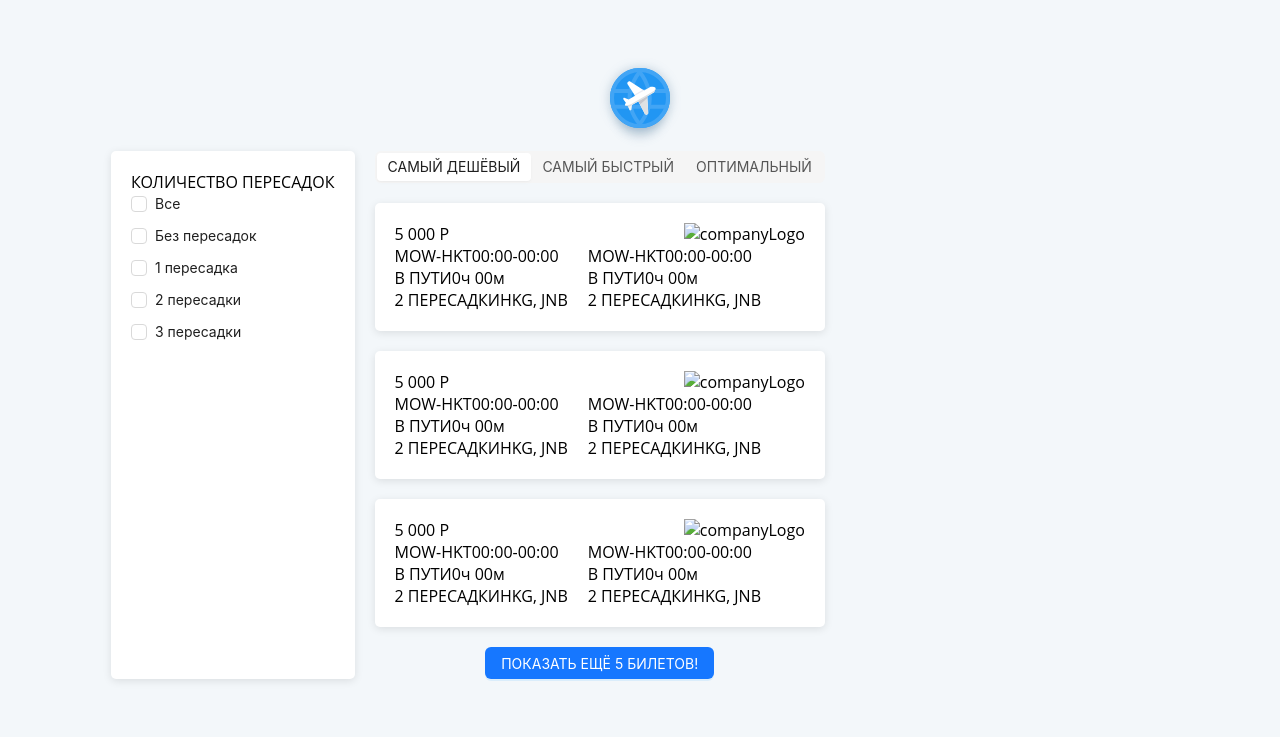
Repository: Dedoxa/aviasalesTickets
Page: /
These files come from the project's save history. The page is drawn as it stood at one moment and after the next save; the edit follows.
The browser window is 1280 px wide. The pictures show the whole page.
The project was rebuilt for these pictures with package versions that can differ from the ones it lists, and the page was loaded fresh each time. Also part of the build but not shown: vite.config.js.

Above is the page before, as saved 2024-10-19 16:59:43.

After the next save:
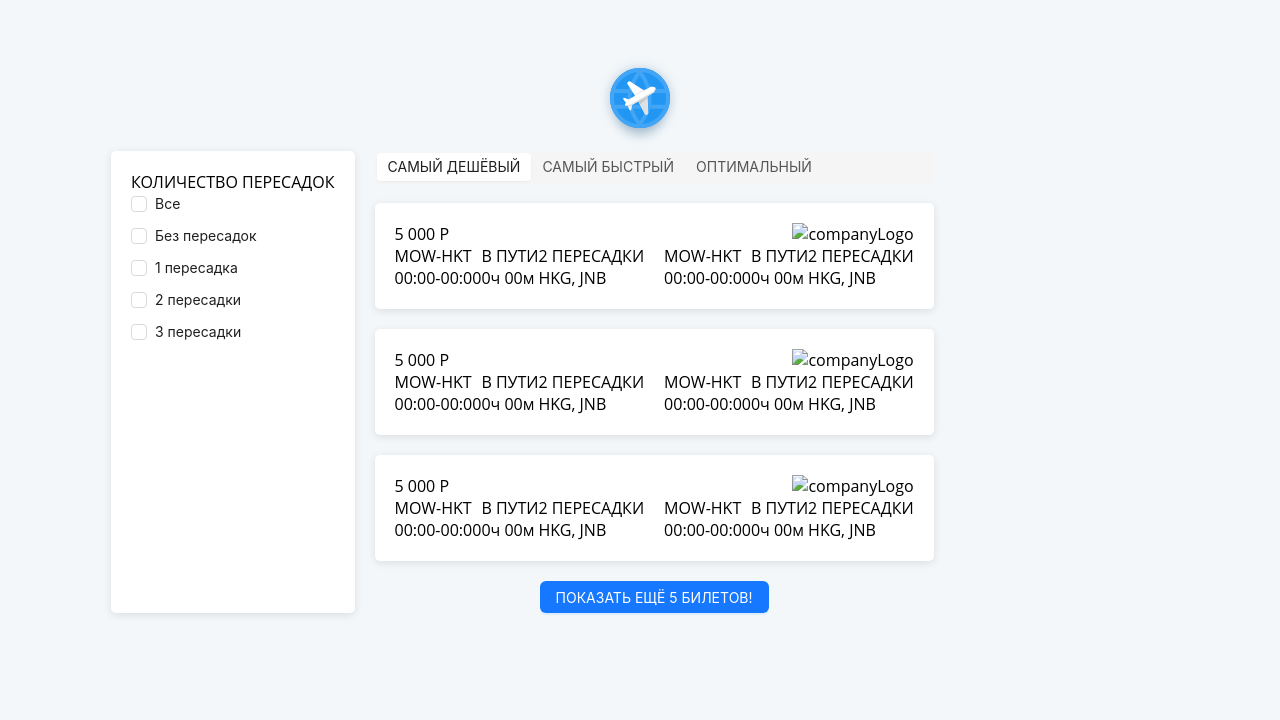
Saved 26 s later.
--- a/src/TicketCard/TicketCard.module.scss
+++ b/src/TicketCard/TicketCard.module.scss
@@ -12,11 +12,11 @@
 
   .infoRow {
     display: flex;
-    flex-direction: column;
     // color: #A0B0B9;
   }
 
   .infoTwoLined {
     display: flex;
+    flex-direction: column;
   }
 }
